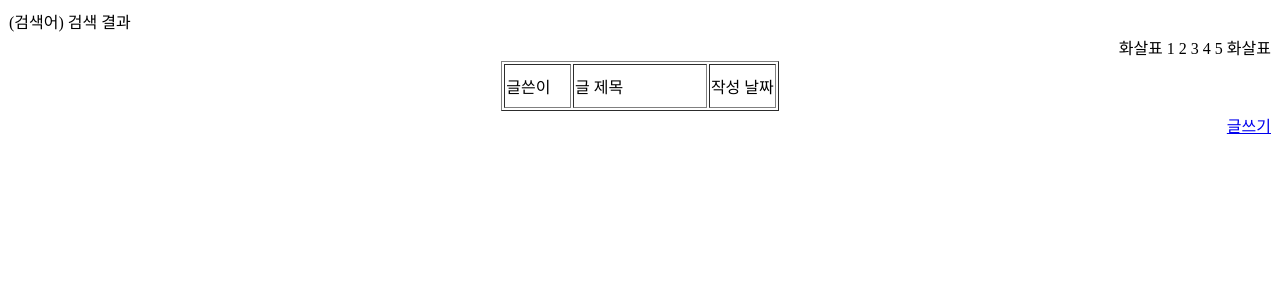
Repository: GOHO97/Haheeho
Page: http://localhost/Haheeho_Adblock/WEB-INF/views/board/board.jsp
The author's editor kept a copy of each file at every save. The page is drawn from the files as they stood at one save, then again after the next save.
The browser window is 1280 px wide. The pictures show the whole page.
The page is served by Tomcat 9. Nobody is signed in. The template is opened directly, without the code that normally fills it, so the values that code supplies are empty.

Above is the page before, as saved 2022-11-01 03:04:14.

After the next save:
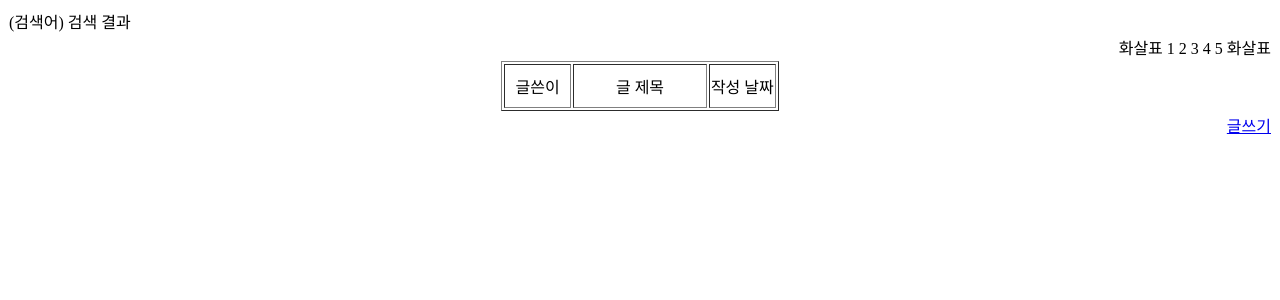
Saved 21 s later.
--- a/Haheeho_Adblock/src/main/webapp/WEB-INF/views/board/board.jsp
+++ b/Haheeho_Adblock/src/main/webapp/WEB-INF/views/board/board.jsp
@@ -23,13 +23,13 @@
 			<td align="center">
 				<table border="1" id="boardArea">
 					<tr>
-						<td class="boardUserName">
+						<td class="boardUserName" align="center">
 							글쓴이
 						</td>
-						<td class="boardTitle">
+						<td class="boardTitle" align="center">
 							<a>글 제목</a>
 						</td>
-						<td class="boardDate">
+						<td class="boardDate" align="center">
 							작성 날짜
 						</td>
 					</tr>
